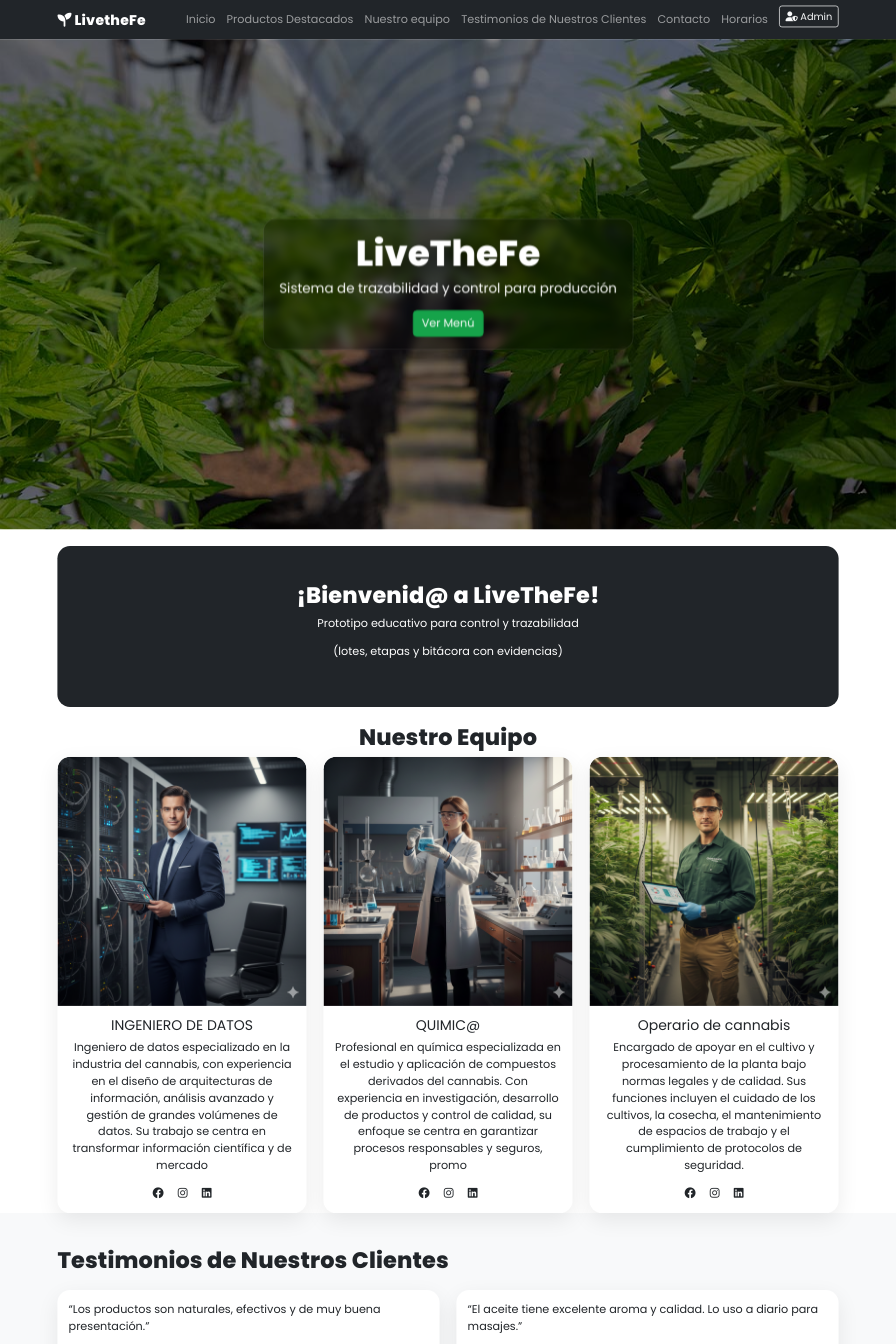
Repository: salextros/livethefe_delivery
Page: http://localhost/homework_sena/
These files come from the project's save history. The page is drawn as it stood at one moment and after the next save; the edit follows.
The browser window is 1280 px wide. The pictures show the part of the page from y = 0 to 1920 px (the page is 3773 px tall), at 70% of full size.
The page is run by PHP 8.4 with error messages shown; the project is at /var/www/html/. The database holds what the project's SQL file puts in it.

Above is the page before, as saved 2026-02-26 08:14:23.

After the next save:
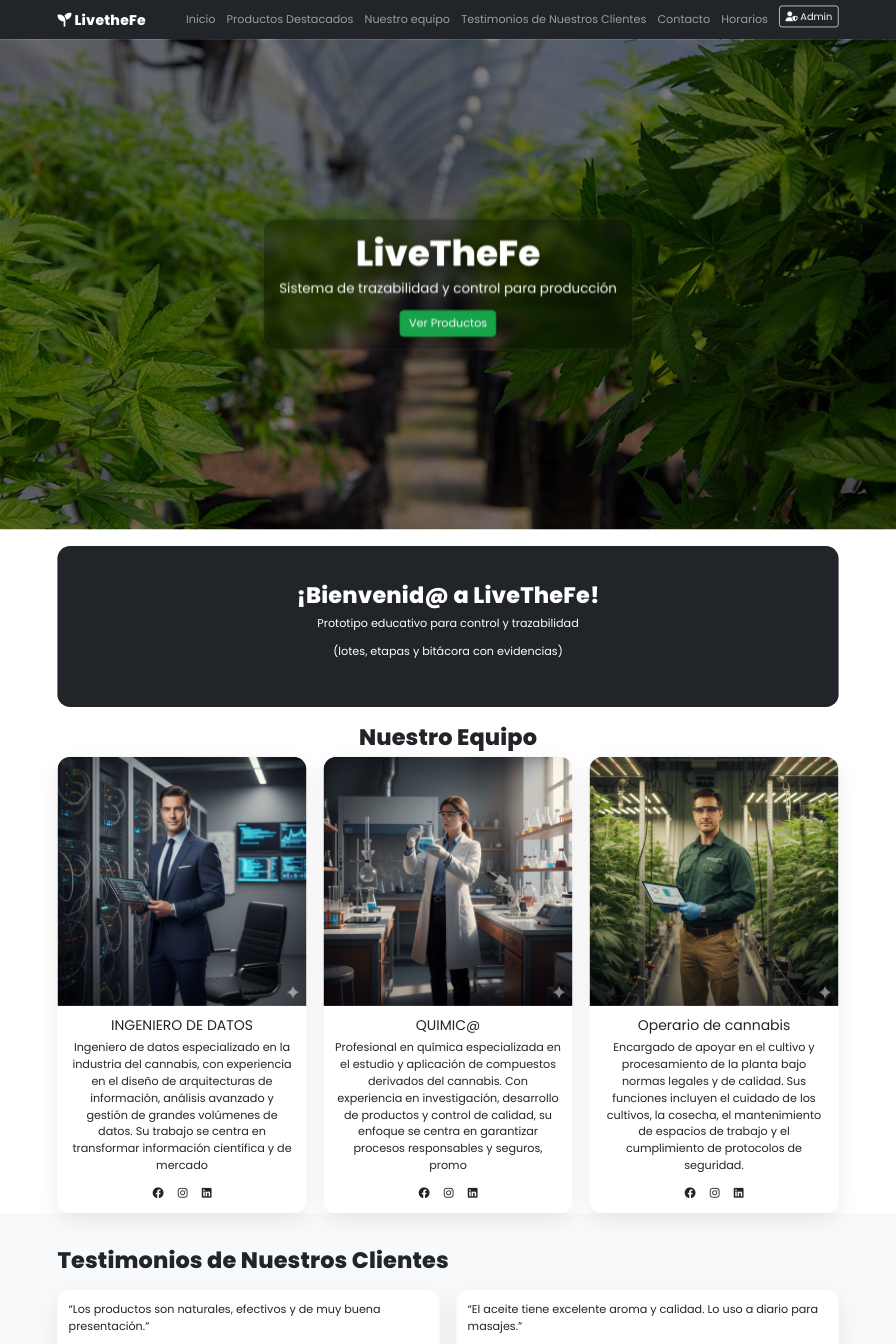
Saved 3 min 52 s later.
--- a/index.php
+++ b/index.php
@@ -138,7 +138,7 @@ if ($_POST) {
 
                     <h1><?php echo $banner["titulo"]; ?></h1>
                     <p><?php echo $banner["descripcion"]; ?></p>
-                    <a href="<?php echo $banner["link"]; ?>" class="btn btn-primary">Ver Menú</a>
+                    <a href="<?php echo $banner["link"]; ?>" class="btn btn-primary">Ver Productos</a>
                 <?php } ?>
 
             </div>
